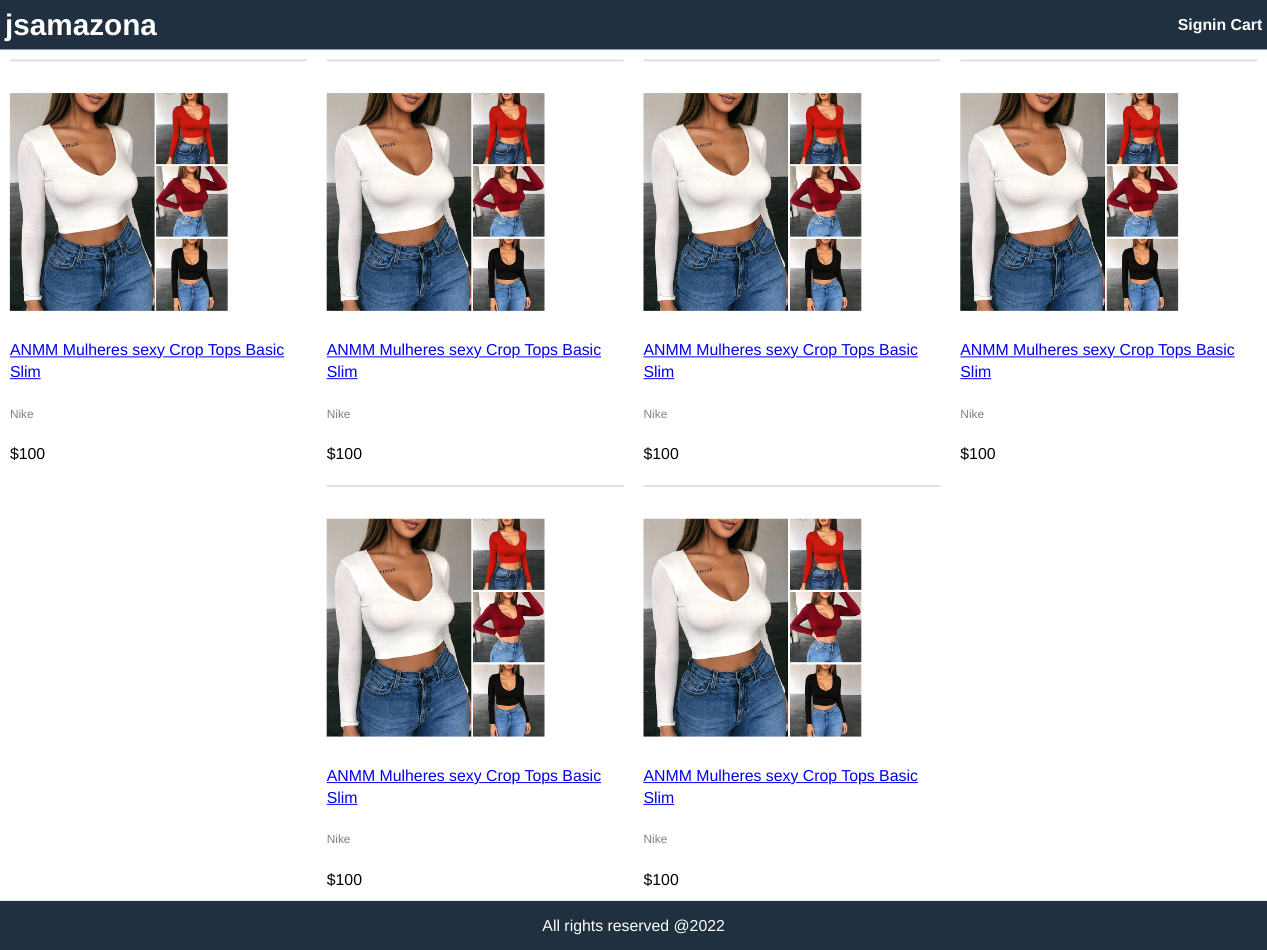
Repository: Mardoqueu/ecommerce-website
Page: jsamazona/frontend/src/index.html
An editor plug-in stored every save of this project. The page is shown before and after the next save, followed by the edit.
The browser window is 1280 px wide. The pictures show the whole page, at 99% of full size.

Above is the page before, as saved 2022-09-12 10:27:03.

### jsamazona/frontend/src/index.html
<!DOCTYPE html>
<html lang="en">
  <head>
    <meta charset="UTF-8" />
    <meta http-equiv="X-UA-Compatible" content="IE=edge" />
    <meta name="viewport" content="width=device-width, initial-scale=1.0" />
    <link rel="stylesheet" href="style.css" />
    <title>JS Amazona</title>
  </head>
  <body>
    <div class="grid-container">
      <header>
        <div class="brand">
          <a href="/#/">jsamazona</a>
        </div>
        <div>
          <a href="/#/signin">Signin</a>
          <a href="/#/cart">Cart</a>
        </div>
      </header>
      <main>
        <div>
          <ul class="products">
            <li>
              <div class="product">
                <a href="/#/products/1">
                  <img src="images/product-1.jpg" alt="product 1" />
                </a>
                <div class="product-name">
                  <a href="/#/products/1">
                    ANMM Mulheres sexy Crop Tops Basic Slim
                  </a>
                </div>
                <div class="product-brand">Nike</div>
                <div class="product-price">$100</div>
              </div>
            </li>
            <li>
              <div class="product">
                <a href="/#/products/1">
                  <img src="images/product-1.jpg" alt="product 1" />
                </a>
                <div class="product-name">
                  <a href="/#/products/1">
                    ANMM Mulheres sexy Crop Tops Basic Slim
                  </a>
                </div>
                <div class="product-brand">Nike</div>
                <div class="product-price">$100</div>
              </div>
            </li>
            <li>
              <div class="product">
                <a href="/#/products/1">
                  <img src="images/product-1.jpg" alt="product 1" />
                </a>
                <div class="product-name">
                  <a href="/#/products/1">
                    ANMM Mulheres sexy Crop Tops Basic Slim
                  </a>
                </div>
                <div class="product-brand">Nike</div>
                <div class="product-price">$100</div>
              </div>
            </li>
            <li>
              <div class="product">
                <a href="/#/products/1">
                  <img src="images/product-1.jpg" alt="product 1" />
                </a>
                <div class="product-name">
                  <a href="/#/products/1">
                    ANMM Mulheres sexy Crop Tops Basic Slim
                  </a>
                </div>
                <div class="product-brand">Nike</div>
                <div class="product-price">$100</div>
              </div>
            </li>
            <li>
              <div class="product">
                <a href="/#/products/1">
                  <img src="images/product-1.jpg" alt="product 1" />
                </a>
                <div class="product-name">
                  <a href="/#/products/1">
                    ANMM Mulheres sexy Crop Tops Basic Slim
                  </a>
                </div>
                <div class="product-brand">Nike</div>
                <div class="product-price">$100</div>
              </div>
            </li>
            <li>
              <div class="product">
                <a href="/#/products/1">
                  <img src="images/product-1.jpg" alt="product 1" />
                </a>
                <div class="product-name">
                  <a href="/#/products/1">
                    ANMM Mulheres sexy Crop Tops Basic Slim
                  </a>
                </div>
                <div class="product-brand">Nike</div>
                <div class="product-price">$100</div>
              </div>
            </li>
          </ul>
        </div>
      </main>
      <footer>All rights reserved @2022</footer>
    </div>
  </body>
</html>

### jsamazona/frontend/src/style.css
* {
    box-sizing: border-box;
  }
  html {
    font-size: 62.5%; /* 16px * 62.5 = 10px = 1rem */
  }
  body {
    height: 100vh;
    font: 1.6rem Helvetica, Arial;
    margin: 0;
  }
  .grid-container {
    display: grid;
    grid-template-areas:
      'header'
      'main'
      'footer';
    grid-template-columns: 1fr;
    grid-template-rows: 5rem 1fr 5rem;
    height: 100%;
  }

  header {
    grid-area: header;
    background-color: #203040;
    color: #ffffff;
    display: flex;
    justify-content: space-between;
    align-items: center;
    padding: 0.5rem;
  }
  header a {
    color: #ffffff;
    font-weight: bold;
    text-decoration: none;
  }
  header a:hover {
    color: #f08040;
  }

  .brand a {
    font-size: 3rem;
  }

  footer {
    background-color: #203040;
    display: flex;
    justify-content: center;
    align-items: center;
    color: #ffffff;
  }

/* Products */
.products {
    display: flex;
    flex-wrap: wrap;
    list-style-type: none;
    padding: 0;
    margin: 0;
    justify-content: center;
  }

  .products li {
    flex: 0 1 30rem;
    margin: 1rem;
    margin-bottom: 0;
    height: 42rem;
    border-top: 0.2rem #e0e0e0 solid;
  }

  .product {
    display: flex;
    flex-direction: column;
    justify-content: space-around;
    height: 100%;
  }

  .product img {
    max-height: 26rem;
    max-width: 22rem;
    margin-top: 2rem;
  }

  .product-name {
    line-height: 2.2rem;
  }

  .product-brand {
    font-size: 1.2rem;
    color: #808080;
  }

After the next save:
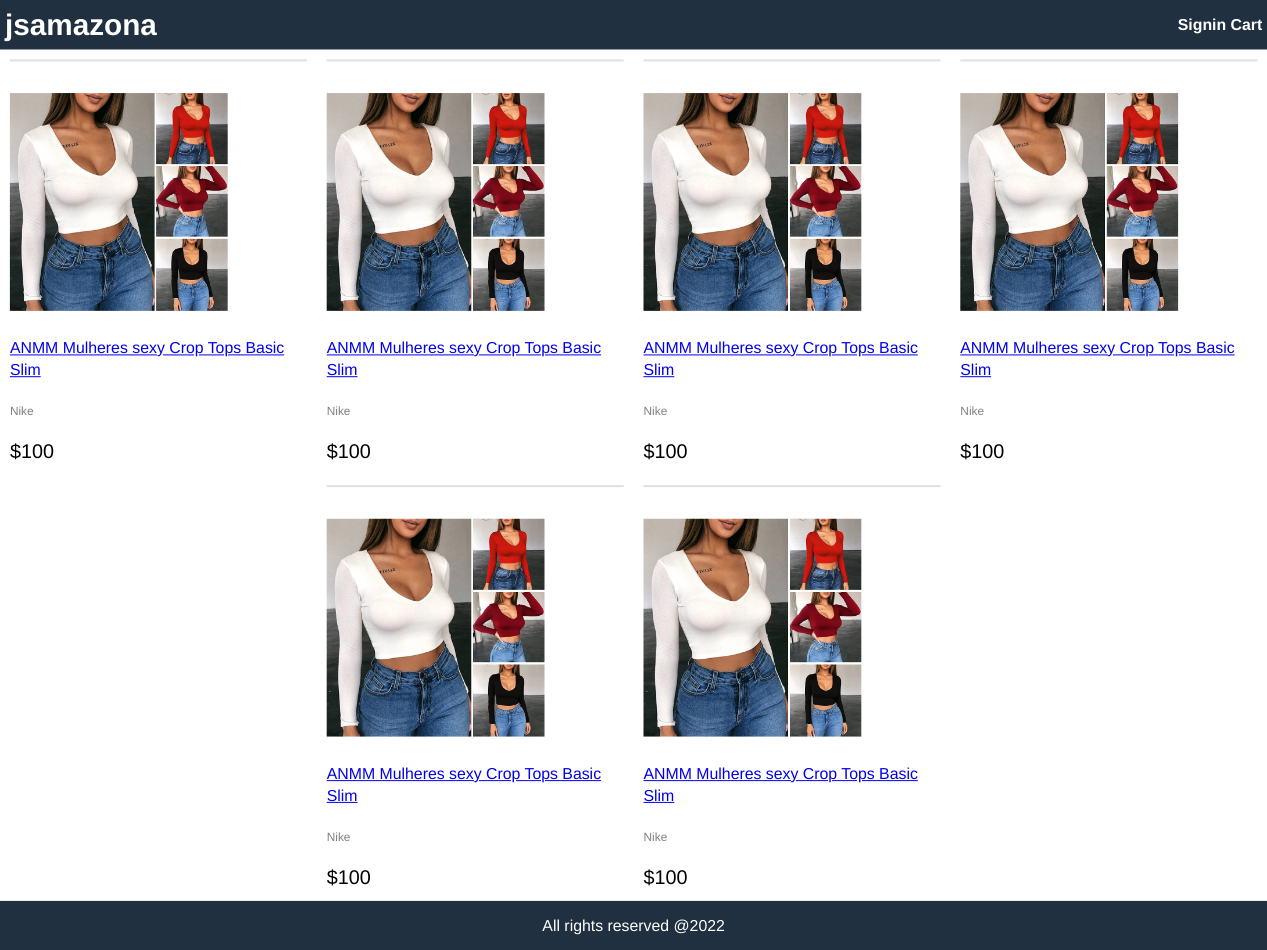
Saved 8 s later.
--- a/jsamazona/frontend/src/style.css
+++ b/jsamazona/frontend/src/style.css
@@ -89,3 +89,10 @@
     font-size: 1.2rem;
     color: #808080;
   }
+
+  .product-price {
+    font-size: 2rem;
+  }
+  .product-price span {
+    font-size: 1.2rem;
+  }
